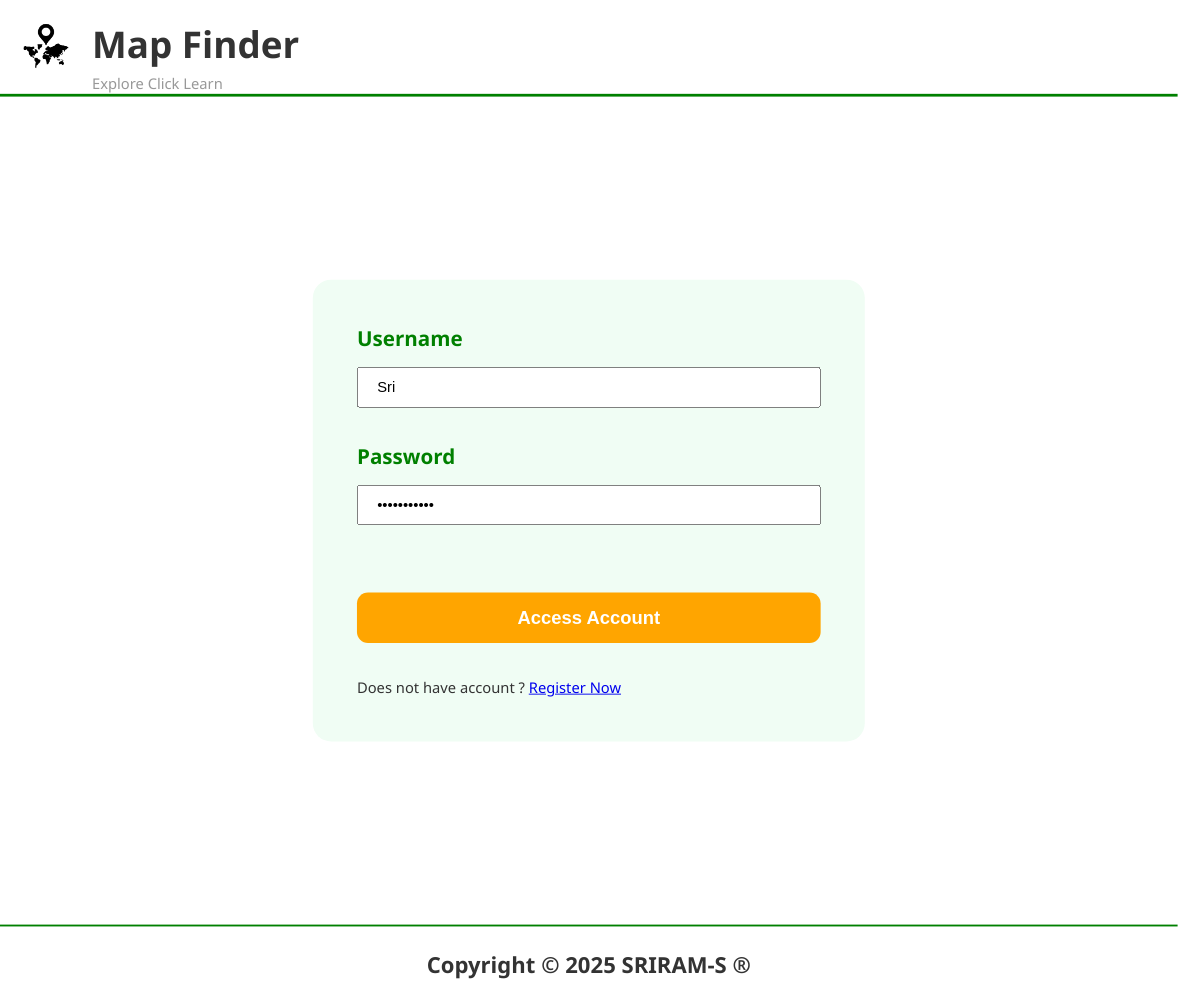
Repository: 7-SRIRAM-S/Map-Finder-Java
Page: MapFinder/src/main/webapp/login.html
These files come from the project's save history. The page is drawn as it stood at one moment and after the next save; the edit follows.
The browser window is 1280 px wide. The pictures show the whole page, at 92% of full size.

Above is the page before, as saved 2026-02-17 12:45:16.

After the next save:
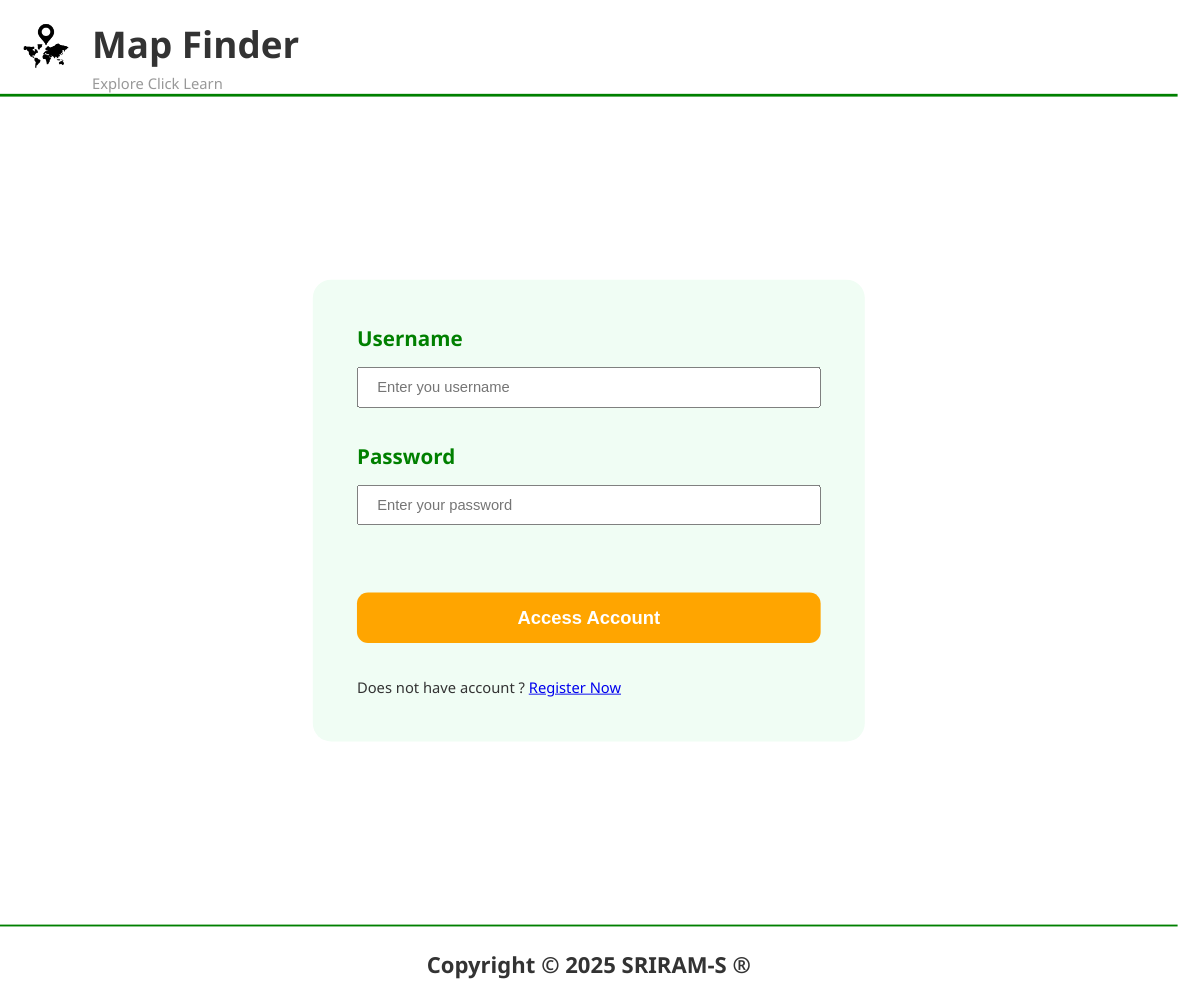
Saved 5 min 45 s later.
--- a/MapFinder/src/main/webapp/login.html
+++ b/MapFinder/src/main/webapp/login.html
@@ -132,13 +132,13 @@
             <label for="username">
                 Username
            </label>
-           <input type="text" id="username" name="username" placeholder="Enter you username" value="Sri" required>
+           <input type="text" id="username" name="username" placeholder="Enter you username"  required>
         </div>
         <div class="wrap">
             <label for="password">
                 Password
            </label>
-           <input type="password" id="password" name="password" placeholder="Enter your password" value="Sriram@2005" required>
+           <input type="password" id="password" name="password" placeholder="Enter your password"  required>
         </div>
         <div class="wrap">
         	<p id="error-info" style="display:none"></p>
